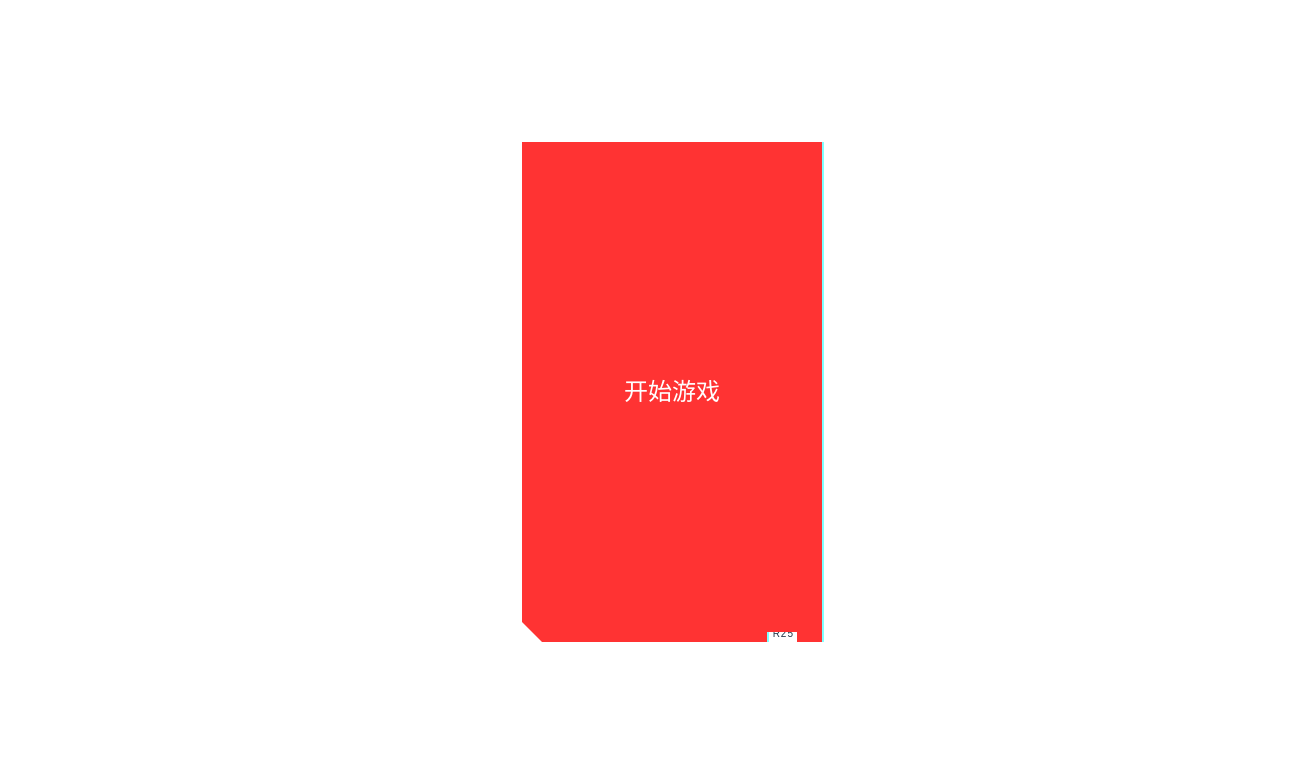
Repository: yezhonghu0503/brainstorming
Page: /
An editor plug-in stored every save of this project. The page is shown before and after the next save, followed by the edit.
The browser window is 1280 px wide. The page is 1312 px wide, so the pictures cover 1312 px, including what lies to the right of the window. The pictures show the whole page.
The project was rebuilt for these pictures with package versions that can differ from the ones it lists, and the page was loaded fresh each time. Also part of the build but not shown: vite.config.ts.

Above is the page before, as saved 2022-10-11 14:49:58.

### src/main.ts
import { createApp } from 'vue'
import './style.css'
import App from './App.vue'
import router from './router'

const app = createApp(App);

app.use(router);
app.mount('#app');

### src/App.vue
<script setup lang="ts">
// This starter template is using Vue 3 <script setup> SFCs
// Check out https://vuejs.org/api/sfc-script-setup.html#script-setup
import {onMounted} from "vue"
onMounted(()=>{
  console.log("---Braninstorming v1.0 dev---")
})
</script>

<template>
  <router-view />
</template>

<style scoped>
body {
  background: #f6f6f6;
}
#app {
  font-family: Avenir, Helvetica, Arial, sans-serif;
  -webkit-font-smoothing: antialiased;
  -moz-osx-font-smoothing: grayscale;
  text-align: center;
  color: #2c3e50;
  overflow-x: hidden;
  padding-bottom: 15px;
  /* margin-top: 60px; */
}
</style>

### src/router/index.ts
import {createRouter,createWebHistory,createWebHashHistory,RouteRecordRaw} from "vue-router"
import { defineAsyncComponent } from "vue";

const history = createWebHashHistory();
const routes: Array<RouteRecordRaw> = [
    {
        path:'/',
        name:'login',
        component: ()=> import(`../views/login/index.vue`),
        meta:{
            title:"登录"
        }
    }
]
const router = createRouter({
    history:history,
    routes:routes
})
//路由守卫
router.beforeEach((to, from, next) => {
    // to and from are both route objects. must call `next`.
    if(to.meta.title){
        document.title = `${to.meta.title}`;
    }
    next();
})
router.afterEach((to, from) => {
    // to and from are both route objects.
})

export default router;

### src/views/login/index.vue
<script lang="ts">
export default {
  setup() {},
};
</script>

<template>
  <main>
    <div class="button">
      <div class="glitch"></div>
      <div class="text" data-text="开始游戏">开始游戏</div>
      <span class="platform">R25</span>
    </div>
  </main>
</template>

<style>
* {
  box-sizing: border-box;
  padding: 0;
  margin: 0;
  font-family: BlenderProBold, "PingFang SC", "Microsoft Yahei", sans-serif;
}

main {
  width: 100vw;
  height: 100vh;
  display: flex;
  align-items: center;
  justify-content: center;
}

.button {
  width: 300px;
  height: 500px;
  background: none;
  display: flex;
  align-items: center;
  justify-content: center;
  position: relative;
  cursor: pointer;
}

.button::after,
.button::before,
.glitch {
  content: "";
  display: block;
  position: absolute;
  top: 0;
  left: 0;
  width: 100%;
  height: 100%;
  clip-path: polygon(
    0 0,
    100% 0,
    100% 100%,
    calc(100% - 25px) 100%,
    calc(100% - 25px) calc(100% - 10px),
    calc(100% - 55px) calc(100% - 10px),
    calc(100% - 55px) 100%,
    20px 100%,
    0 calc(100% - 20px)
  );
}

.button::before {
  left: 2px;
  background: hsl(180, 100%, 50%, 50%);
}
.button::after {
  background: hsl(0deg, 100%, 60%);
}

.glitch {
  background: hsl(0deg, 100%, 60%);
  box-shadow: 0 0 0 1px hsl(180, 100%, 50%) inset;
  z-index: 10;
  opacity: 0;
}

.text {
  font-size: 24px;
  font-weight: 800;
  color: white;
  position: relative;
  z-index: 15;
}
.text::before {
  content: attr(data-text);
  position: absolute;
  display: block;
  top: 0;
  left: 0;
  text-shadow: 1px 1px hsl(180, 100%, 50%), -1px -2px hsl(50deg, 100%, 60%);
  opacity: 0;
}

.button:hover .glitch,
.button:hover .text::before {
  animation: glitch-effect 2s infinite;
  opacity: 1;
}

.platform {
  position: absolute;
  right: 28px;
  bottom: -4px;
  font-size: 10px;
  letter-spacing: 1px;
  font-weight: 500;
}

@keyframes glitch-effect {
  0% {
    clip-path: polygon(0 0, 100% 0, 100% 2%, 0 2%);
  }
  5% {
    clip-path: polygon(0 8%, 100% 8%, 100% 16%, 0 16%);
  }
  10% {
    clip-path: polygon(0 80%, 100% 80%, 100% 88%, 0 88%);
    transform: translate3d(-5px, 0, 0);
  }
  15% {
    clip-path: polygon(0 80%, 100% 80%, 100% 88%, 0 88%);
    transform: translate3d(5px, 0, 0);
  }
  16% {
    clip-path: polygon(0 80%, 100% 80%, 100% 88%, 0 88%);
    transform: translate3d(5px, 0, 0);
  }
  17% {
    clip-path: polygon(0 90%, 100% 90%, 100% 100%, 0 100%);
    transform: translate3d(5px, 0, 0);
  }
  18% {
    clip-path: polygon(0 0, 0 0, 0 0, 0 0);
  }
  20% {
    clip-path: polygon(0 30%, 100% 30%, 100% 65%, 0 65%);
  }
  25% {
    clip-path: polygon(0 30%, 100% 30%, 100% 65%, 0 65%);
    transform: translate3d(-5px, 0, 0);
  }
  28% {
    clip-path: polygon(0 30%, 100% 30%, 100% 65%, 0 65%);
    transform: translate3d(-5px, 0, 0);
  }
  29% {
    clip-path: polygon(0 30%, 100% 30%, 100% 65%, 0 65%);
    transform: translate3d(5px, 0, 0);
  }
  30% {
    clip-path: polygon(0 75%, 100% 75%, 100% 100%, 0 100%);
  }

  40% {
    clip-path: polygon(0 45%, 100% 45%, 100% 60%, 0 60%);
  }
  42% {
    clip-path: polygon(0 45%, 100% 45%, 100% 60%, 0 60%);
    transform: translate3d(-5px, 0, 0);
  }
  45% {
    clip-path: polygon(0 45%, 100% 45%, 100% 60%, 0 60%);
    transform: translate3d(5px, 0, 0);
  }
  48% {
    clip-path: polygon(0 45%, 100% 45%, 100% 60%, 0 60%);
    transform: translate3d(-5px, 0, 0);
  }
  50% {
    clip-path: polygon(0 0, 0 0, 0 0, 0 0);
  }
  60% {
    clip-path: polygon(0 100%, 100% 100%, 100% 100%, 0 100%);
  }
  100% {
    clip-path: polygon(0 100%, 100% 100%, 100% 100%, 0 100%);
    transform: translate3d(0, 0, 0);
  }
}
</style>

Loaded but not shown: index.html (common file); src/style.css (common file)

After the next save:
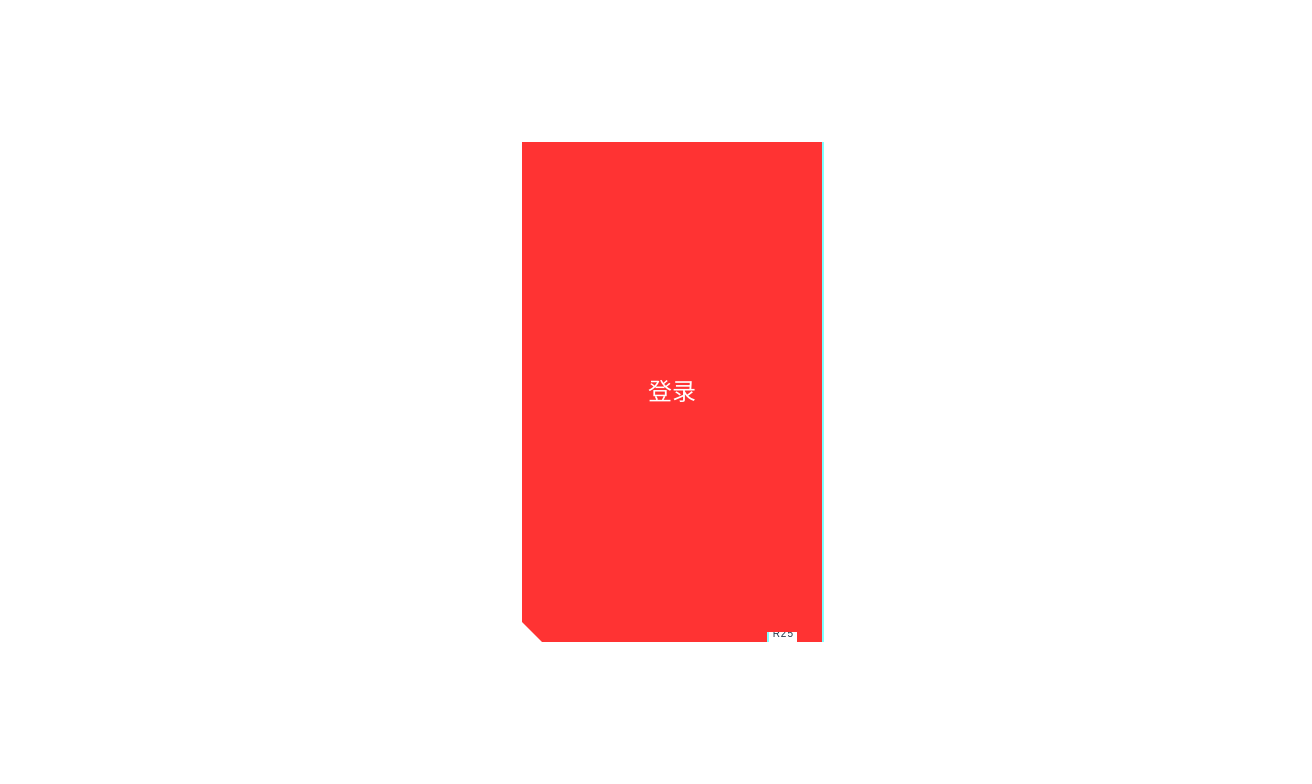
Saved 25 s later.
--- a/src/views/login/index.vue
+++ b/src/views/login/index.vue
@@ -8,7 +8,7 @@
   <main>
     <div class="button">
       <div class="glitch"></div>
-      <div class="text" data-text="开始游戏">开始游戏</div>
+      <div class="text" data-text="登录">登录</div>
       <span class="platform">R25</span>
     </div>
   </main>
